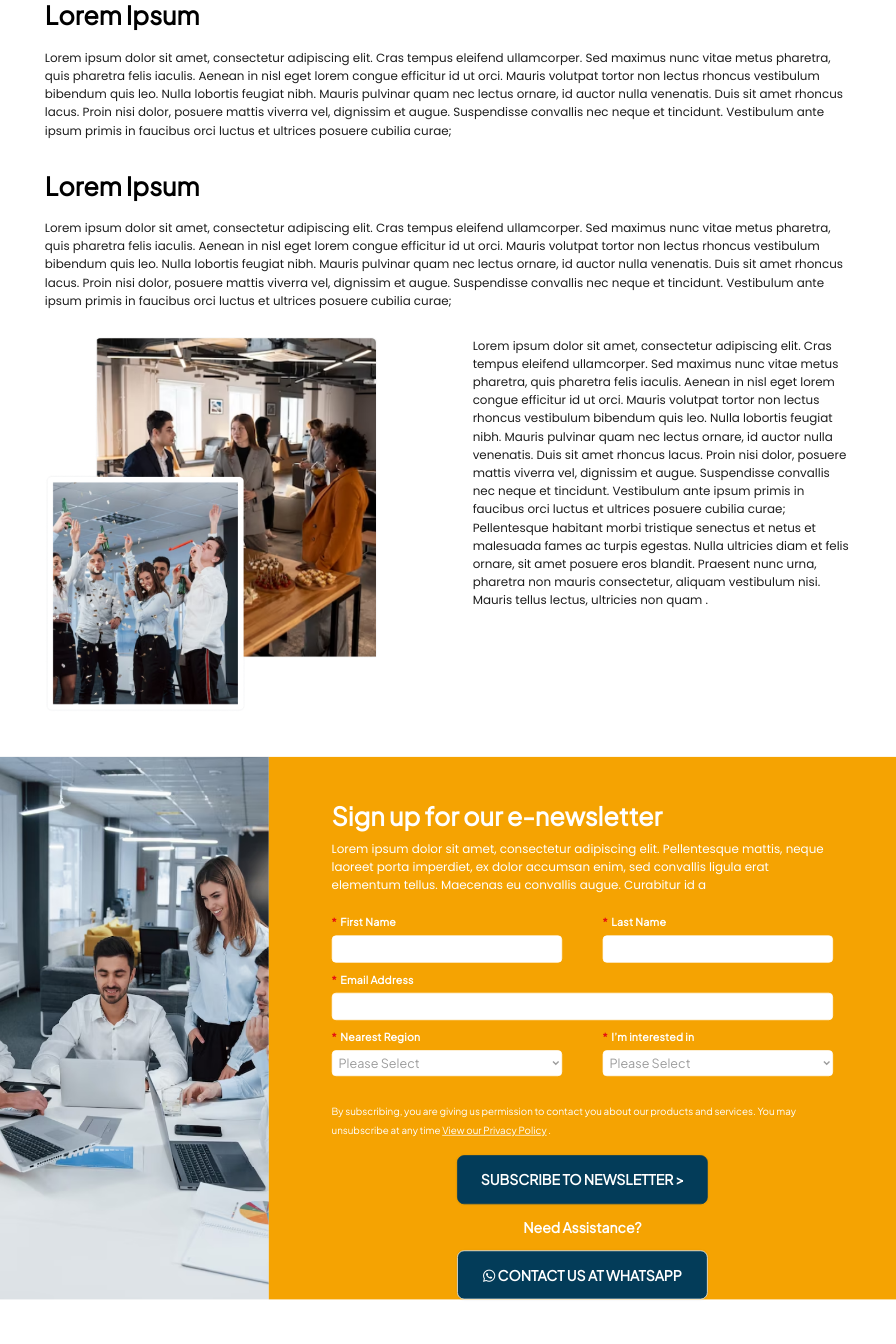
Repository: Akash8377/Hospitality-website
Page: /about-us
An editor plug-in stored every save of this project. The page is shown before and after the next save, followed by the edit.
The browser window is 1280 px wide. The pictures show the part of the page from y = 726 to 2646 px (the page is 2646 px tall), at 70% of full size.
Some web libraries are served in a nearby version. The project was rebuilt for these pictures with package versions that can differ from the ones it lists, and the page was loaded fresh each time. Also part of the build but not shown: src/Component/Partial/heading-cont.js, src/Component/Shared/about-us.js, src/Component/Shared/Banner.js, src/Component/Shared/popular-jobs.js, src/Component/Sliders/ServiceSlider.js, src/Component/Sliders/ReviewSlider.js, src/Component/Partial/index-banner.js, src/Component/Partial/index-buisness-banner.js and 2 more.

Above is the page before, as saved 2023-07-07 12:21:59.

After the next save:
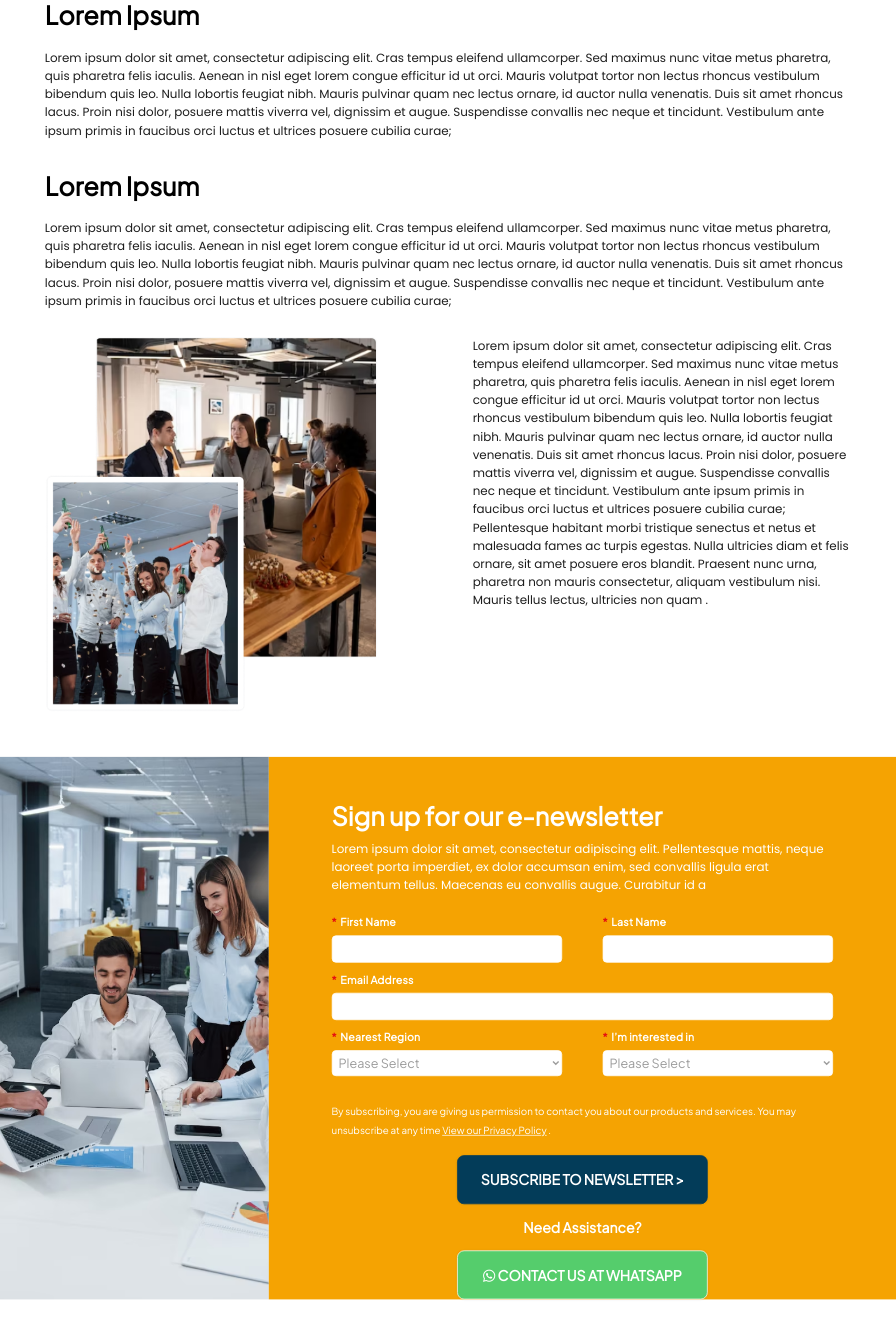
Saved 8 s later.
--- a/src/Css/Lap.css
+++ b/src/Css/Lap.css
@@ -932,7 +932,7 @@
 
 .About-Us_Newsletter .right .content .Whatsapp_Button {
   border-radius: 10px;
-  background: #033c59;
+  background: #55CD6C;
   box-shadow: 0px 0px 3px 0px rgba(60, 72, 88, 0.15);
   width: 50%;
   display: block;
